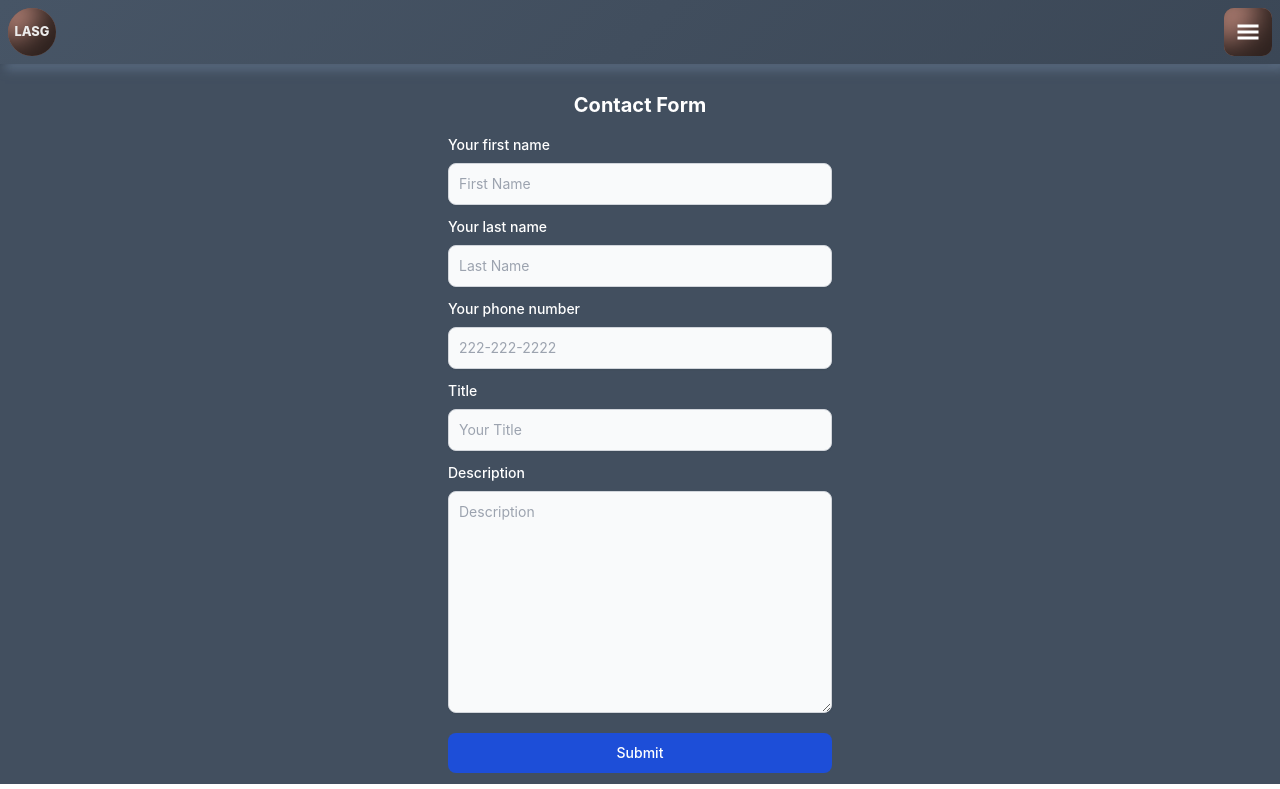
Repository: ShindanoSingi/LA-Swahili-Group
Page: /contactform (app in client/)
The author's editor kept a copy of each file at every save. The page is drawn from the files as they stood at one save, then again after the next save.
The browser window is 1280 px wide. The pictures show the whole page.
The project was rebuilt for these pictures with package versions that can differ from the ones it lists, and the page was loaded fresh each time. Also part of the build but not shown: client/src/pages/error/Error.css, client/src/pages/error/Error.js, client/src/pages/home/Home.js, client/src/pages/about/About.js, client/src/pages/contact/Contact.js, client/src/pages/login/Login.js, client/src/pages/userDashBoard/UserDashBoard.js, client/src/pages/superUsersDashBoard/SuperUsersDashBoard.js and 3 more.

Above is the page before, as saved 2024-02-12 01:35:38.

### client/src/index.js
import React from 'react';
import ReactDOM from 'react-dom/client';
import './index.css';
import App from './App';
import reportWebVitals from './reportWebVitals';
import { Provider } from "react-redux";
import store from './redux/store';
import { BrowserRouter } from 'react-router-dom';


const root = ReactDOM.createRoot(document.getElementById('root'));
root.render(
  <Provider store={store}>
    <BrowserRouter>
    <App />
    </BrowserRouter>
  </Provider>
);

// If you want to start measuring performance in your app, pass a function
// to log results (for example: reportWebVitals(console.log))
// or send to an analytics endpoint. Learn more: https://bit.ly/CRA-vitals
reportWebVitals();

### client/src/index.css
@tailwind base;
@tailwind components;
@tailwind utilities;

:root{
  --primary: #424F5F;
  --secondary: #F3F3F3;
  --tertiary: #F4A261;
  --quaternary: #2A9D8F;
  --quinary: #E9C46A;

}

body {
  margin: 0;
  font-family: -apple-system, BlinkMacSystemFont, 'Segoe UI', 'Roboto', 'Oxygen',
    'Ubuntu', 'Cantarell', 'Fira Sans', 'Droid Sans', 'Helvetica Neue',
    sans-serif;
  -webkit-font-smoothing: antialiased;
  -moz-osx-font-smoothing: grayscale;
}

.container{
  max-height: 100vh;
  background-color: var(--primary);
}

.container {
  display: flex;
  justify-content: center;
  align-items: center;
  height: 100vh;
}

.logo{
  height: 100dvh;
}

### client/src/App.js
import Header from "./components/header/Header";
import Error from "./pages/error/Error";
import Home from "./pages/home/Home";
import { Routes, Route, useNavigate } from "react-router-dom";
import About from "./pages/about/About";
import Contact from "./pages/contact/Contact";
import Login from "./pages/login/Login";
import UserDashBoard from "./pages/userDashBoard/UserDashBoard";
import SuperUsersDashBoard from "./pages/superUsersDashBoard/SuperUsersDashBoard";
import { useEffect } from "react";
import Register from "./pages/register/Register";
import EditUser from "./pages/editUser/EditUser";
import AdminDashBoard from "./pages/adminDashBoard/AdminDashBoard";
import ContactForm from "./pages/contactForm/ContactForm";

function App() {

      const navigate = useNavigate()

      const user = 'superusers';

      useEffect(() => {
            if (user === 'superuser') {
                  navigate('/superuser')
            }
      })

      return (
            <>
                  <Header />
                  <Routes>
                        <Route path="/" element={<Home />} />
                        <Route path="/about" element={<About />} />
                        <Route path="/contact" element={<Contact />} />
                        <Route path="/login" element={<Login />} />
                        <Route path="/register" element={<Register/>} />
                        <Route path="/edit" element={<EditUser/>} />
                        <Route path="/user" element={<UserDashBoard/>} />
                        <Route path="/super" element={<SuperUsersDashBoard/>} />
                        <Route path="/admin" element={<AdminDashBoard/>} />
                        <Route path="/contactform" element={<ContactForm />} />
                        <Route
                              path="/:rest*"
                              element={
                                    <h1>
                                          <Error />
                                    </h1>
                              }
                        />
                  </Routes>
            </>
      );
}

export default App;

### client/src/redux/store.js
import { configureStore } from "@reduxjs/toolkit";

import userReducer from "./userSlice";

const store = configureStore({
    reducer: {
        userReducer,
    },
});

export default store;

### client/src/components/header/Header.js
import React, { useState } from "react";
import "./Header.css";
import { GiHamburgerMenu } from "react-icons/gi";
import { Link } from "react-router-dom";

function Header() {
      const [show, setShow] = useState(false);

      return (
            <div className="header fixed top-0 w-full flex items-center justify-between p-2">
                  <Link to="/">
                  <div className="w-12 h-12 rounded-full text-[0.8rem] logo-button flex font-extrabold text-[#EBEBEB] justify-center items-center">
                        LASG
                  </div>
                  </Link>

                  <div className="hambourger h-12 w-12 flex items-center justify-center">
                        <GiHamburgerMenu
                              className="text-[#FFFFFF] text-2xl"
                              onClick={() => setShow(!show)}
                        />
                  </div>
                  {show && (
                        <ul className="flex flex-col items-center p-2 top-[4.2rem] right-2 menu text-[#FFFFFF] absolute">
                              <Link to="/" onClick={() => setShow(!show)}>
                                    <li className="menu-item">Home</li>
                              </Link>
                              <Link to="/about" onClick={() => setShow(!show)}>
                                    <li className="menu-item">About</li>
                              </Link>
                              <Link
                                    to="/contact"
                                    onClick={() => setShow(!show)}
                              >
                                    <li className="menu-item">Contact</li>
                              </Link>
                              <Link to="/login">
                                    <li className="menu-item">Login</li>
                              </Link>
                        </ul>
                  )}
            </div>
      );
}

export default Header;

### client/src/pages/contactForm/ContactForm.js
import React, { useState } from "react";
import { Link } from "react-router-dom";

function ContactForm() {
      return (
            <div className="mt-[4rem] pt-8 min-h-[100vh] container">
                  <div className="w-[80%]">
                        <h1 className="text-xl font-bold text-center mb-4 text-white dark:text-white">
                              Contact Form
                        </h1>
                        <form className="max-w-sm mx-auto">
                              <div className="mb-3">
                                    <label
                                          for="firstname"
                                          className="block mb-2 text-sm font-medium text-white dark:text-white"
                                    >
                                          Your first name
                                    </label>
                                    <input
                                          type="name"
                                          id="firstname"
                                          className="shadow-sm bg-gray-50 border border-gray-300 text-gray-900 text-sm rounded-lg focus:ring-blue-500 focus:border-blue-500 block w-full p-2.5 dark:bg-gray-700 dark:border-gray-600 dark:placeholder-gray-400 dark:text-white dark:focus:ring-blue-500 dark:focus:border-blue-500 dark:shadow-sm-light"
                                          placeholder="First Name"
                                          required
                                    />
                              </div>
                              <div className="mb-3">
                                    <label
                                          for="lastname"
                                          className="block mb-2 text-sm font-medium text-white dark:text-white"
                                    >
                                          Your last name
                                    </label>
                                    <input
                                          type="name"
                                          id="lastname"
                                          className="shadow-sm bg-gray-50 border border-gray-300 text-gray-900 text-sm rounded-lg focus:ring-blue-500 focus:border-blue-500 block w-full p-2.5 dark:bg-gray-700 dark:border-gray-600 dark:placeholder-gray-400 dark:text-white dark:focus:ring-blue-500 dark:focus:border-blue-500 dark:shadow-sm-light"
                                          placeholder="Last Name"
                                          required
                                    />
                              </div>
                              <div className="mb-3">
                                    <label
                                          for="phonenumber"
                                          className="block mb-2 text-sm font-medium text-white dark:text-white"
                                    >
                                          Your phone number
                                    </label>
                                    <input
                                          type="phone"
                                          id="phone"
                                          className="shadow-sm bg-gray-50 border border-gray-300 text-gray-900 text-sm rounded-lg focus:ring-blue-500 focus:border-blue-500 block w-full p-2.5 dark:bg-gray-700 dark:border-gray-600 dark:placeholder-gray-400 dark:text-white dark:focus:ring-blue-500 dark:focus:border-blue-500 dark:shadow-sm-light"
                                          placeholder="222-222-2222"
                                          required
                                    />
                              </div>
                              <div className="mb-3">
                                    <label
                                          for="phonenumber"
                                          className="block mb-2 text-sm font-medium text-white dark:text-white"
                                    >
                                          Title
                                    </label>
                                    <input
                                          type="name"
                                          id="title"
                                          className="shadow-sm bg-gray-50 border border-gray-300 text-gray-900 text-sm rounded-lg focus:ring-blue-500 focus:border-blue-500 block w-full p-2.5 dark:bg-gray-700 dark:border-gray-600 dark:placeholder-gray-400 dark:text-white dark:focus:ring-blue-500 dark:focus:border-blue-500 dark:shadow-sm-light"
                                          placeholder="Your Title"
                                          required
                                    />
                              </div>
                              <div className="mb-3">
                                    <label
                                          for="description"
                                          className="block mb-2 text-sm font-medium text-white dark:text-white"
                                    >
                                          Description
                                    </label>

                                    <textarea name="name" id="description" placeholder="Description" cols="30" rows="10"
                                                                              className="shadow-sm bg-gray-50 border border-gray-300 text-gray-900 text-sm rounded-lg focus:ring-blue-500 focus:border-blue-500 block w-full p-2.5 dark:bg-gray-700 dark:border-gray-600 dark:placeholder-gray-400 dark:text-white dark:focus:ring-blue-500 dark:focus:border-blue-500 dark:shadow-sm-light"

                            />
                              </div>


                              <div>
                                    <button
                                          type="submit"
                                            className="text-white mb-4 mt-2 w-full bg-blue-700 hover:bg-blue-800 focus:ring-4 focus:outline-none focus:ring-blue-300 font-medium rounded-lg text-sm px-5 py-2.5 text-center dark:bg-blue-600 dark:hover:bg-blue-700 dark:focus:ring-blue-800"
                                    >
                                          Submit
                                    </button>
                              </div>
                        </form>
                  </div>
            </div>
      );
}

export default ContactForm;

### client/src/redux/userSlice.js
import {createSlice} from '@reduxjs/toolkit';

const userSlice = createSlice({
    name: 'user',
    initialState: {
        user: null,
    },
    reducers: {
        setUser: (state, action) => {
            state.user = action.payload;
        },
    },
});

export const {setUser} = userSlice.actions;
export default userSlice.reducer;

### client/src/components/header/Header.css
.header {
    border-radius: 0px;
background: linear-gradient(315deg, #3b4756, #475566);
box-shadow:  -5px -5px 10px #262e37,
             5px 5px 10px #5e7087;
}

.logo-button {
    border-radius: 50%;
    background: #6E5049;
    box-shadow: inset -14px -14px 27px #2d211e, inset 14px 14px 27px #af7f74;
}

.hambourger {
    border-radius: 10px;
    background: #6E5049;
    box-shadow: inset -14px -14px 27px #2d211e, inset 14px 14px 27px #af7f74;
}

.menu {
    border-radius: 9px;
    background: #3E5F75;
    box-shadow: inset -5px -5px 10px #38556c, inset 5px 5px 10px #5885a8;
    padding: 0.5rem;
}

.menu-item{
    border-radius: 7px;
background: #486D8A;
box-shadow: inset -15px -15px 13px #2a3f50,
            inset 15px 15px 13px #669bc4;
            width: 5rem;
            text-align: center;
            margin: 0.2rem;
            padding: 0.2rem 0.5rem;
}

Loaded but not shown: client/public/index.html (common file); client/src/reportWebVitals.js (common file); client/tailwind.config.js (common file)

After the next save:
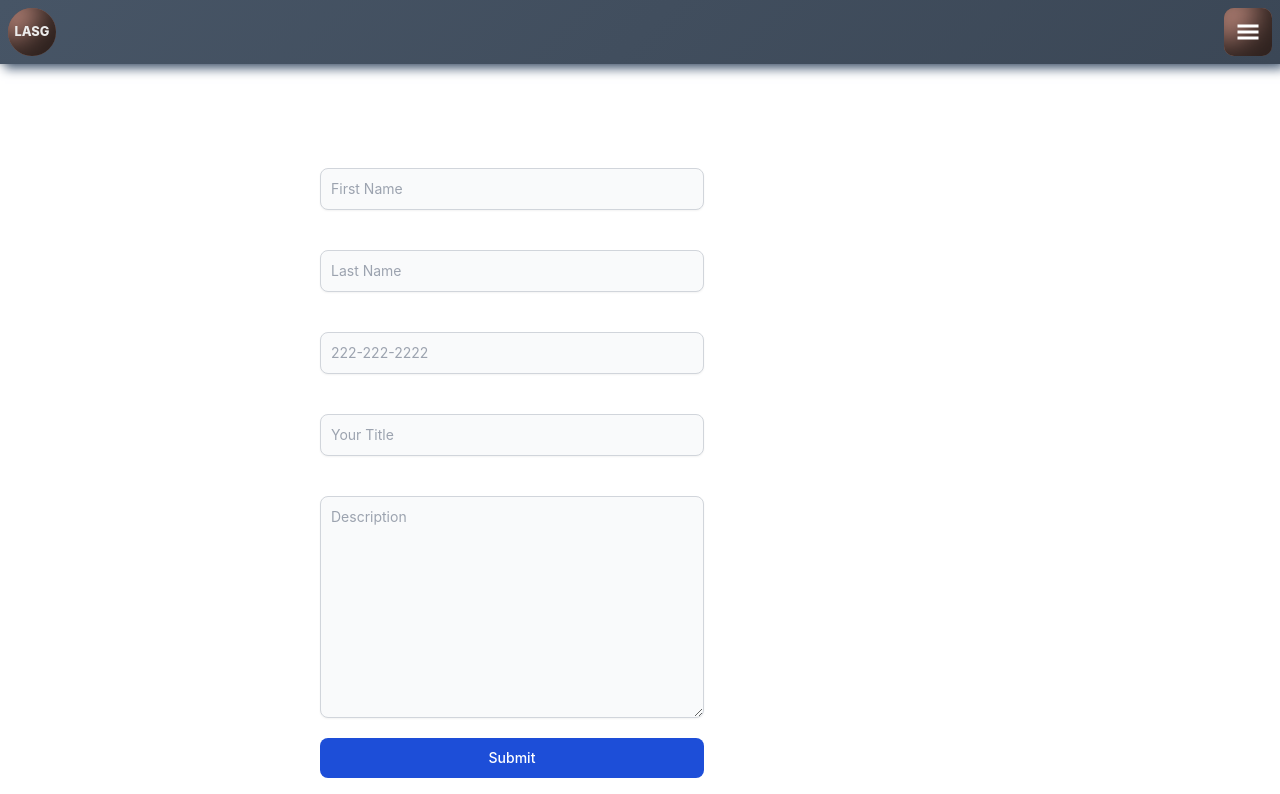
Saved 35 s later.
--- a/client/src/pages/contactForm/ContactForm.js
+++ b/client/src/pages/contactForm/ContactForm.js
@@ -3,7 +3,7 @@
 
 function ContactForm() {
       return (
-            <div className="mt-[4rem] pt-8 min-h-[100vh] container">
+            <div className="mt-[4rem] pt-8 min-h-[100vh]">
                   <div className="w-[80%]">
                         <h1 className="text-xl font-bold text-center mb-4 text-white dark:text-white">
                               Contact Form

After the save that followed:
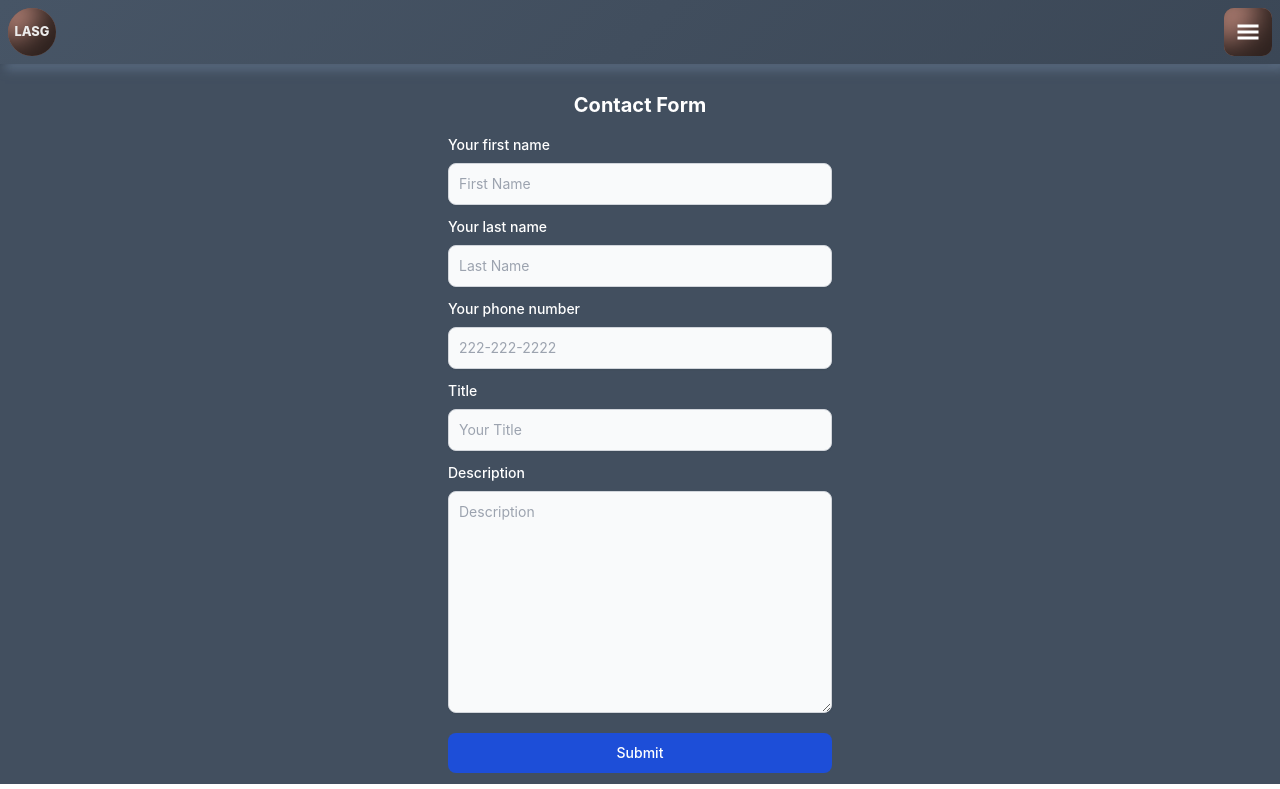
Saved 8 s later.
--- a/client/src/pages/contactForm/ContactForm.js
+++ b/client/src/pages/contactForm/ContactForm.js
@@ -3,7 +3,7 @@
 
 function ContactForm() {
       return (
-            <div className="mt-[4rem] pt-8 min-h-[100vh]">
+            <div className="mt-[4rem] pt-8 min-h-[100vh] container">
                   <div className="w-[80%]">
                         <h1 className="text-xl font-bold text-center mb-4 text-white dark:text-white">
                               Contact Form
